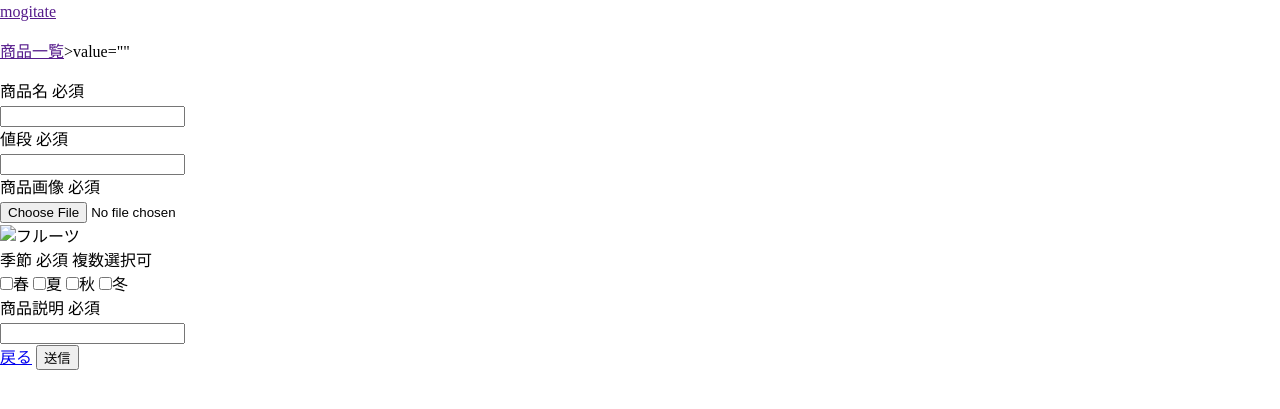
Repository: tokisiro/fruit-products
Page: http://localhost/products/update
These files come from the project's save history. The page is drawn as it stood at one moment and after the next save; the edit follows.
The browser window is 1280 px wide. The pictures show the whole page.
The page is served by the project's Laravel application, run on PHP 8.4 with Laravel 8.

Above is the page before, as saved 2025-05-11 13:09:20.

After the next save:
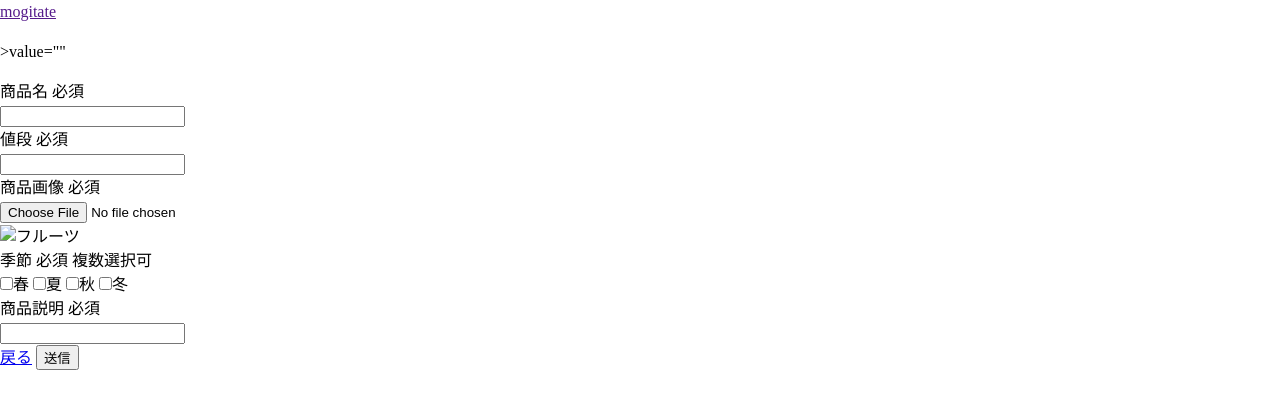
Saved 49 s later.
--- a/src/resources/views/detail.blade.php
+++ b/src/resources/views/detail.blade.php
@@ -19,7 +19,7 @@
     </header>
     <main>
         <div class="register-form__content">
-            <p><a href="">商品一覧</a>>value=""</p>
+            <p><a href=""></a>>value=""</p>
         </div>
         <form class="register-form" action="" method="post" enctype="multipart/form-data">
             <div class="register-form__group">

After the save that followed:
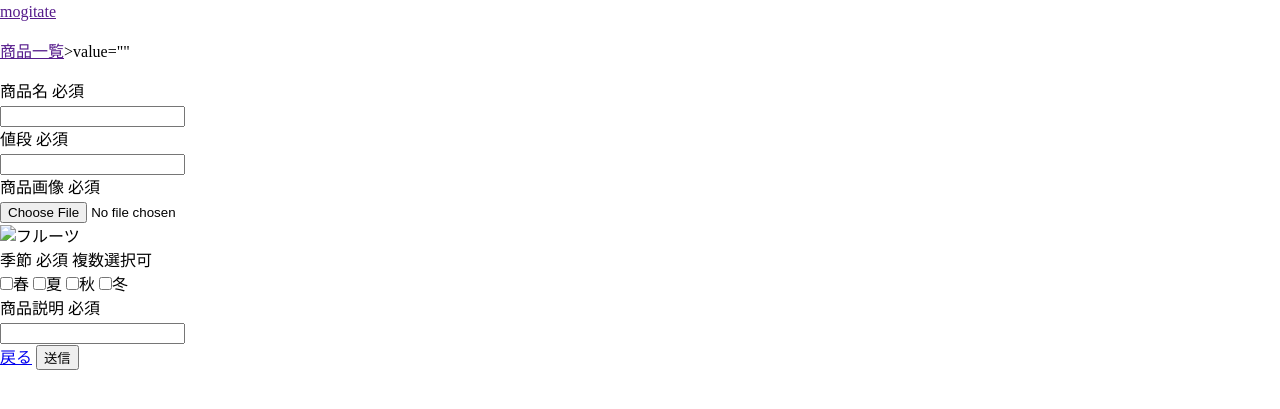
Saved 33 s later.
--- a/src/resources/views/detail.blade.php
+++ b/src/resources/views/detail.blade.php
@@ -19,7 +19,7 @@
     </header>
     <main>
         <div class="register-form__content">
-            <p><a href=""></a>>value=""</p>
+            <p><a href="">商品一覧</a>>value=""</p>
         </div>
         <form class="register-form" action="" method="post" enctype="multipart/form-data">
             <div class="register-form__group">
